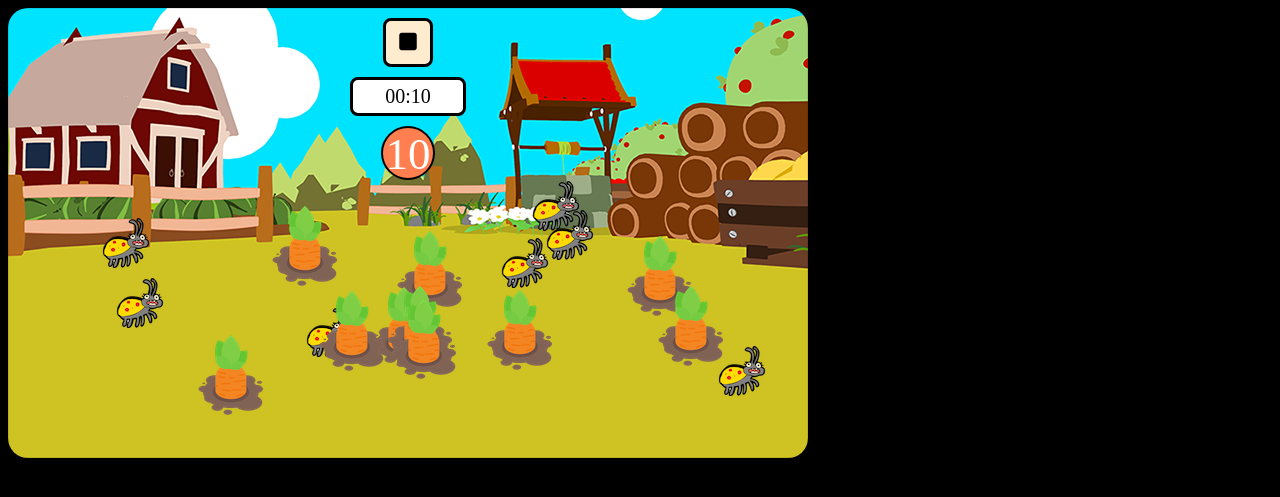
Repository: rladpwl0512/dreamcoding_browser101
Page: (7) catch-carrot-game/catch carrot/index.html
These files come from the project's save history. The page is drawn as it stood at one moment and after the next save; the edit follows.
The browser window is 1280 px wide. The pictures show the whole page.
After loading, the first visible `button.btn_play` was clicked once.
Some web libraries are served in a nearby version.

Above is the page before, as saved 2021-10-07 21:34:06.

### (7) catch-carrot-game/catch carrot/index.html
<!DOCTYPE html>
<html lang="en">
<head>
  <meta charset="UTF-8">
  <meta http-equiv="X-UA-Compatible" content="IE=edge">
  <meta name="viewport" content="width=device-width, initial-scale=1.0">
  <link rel="stylesheet" href="./style.css">
  <script src="./main.js" defer></script>
  <script src="https://kit.fontawesome.com/d1f0f5669b.js" crossorigin="anonymous"></script>
  <title>🥕catch carrot</title>
</head>
<body>
  <div class="background">
    <div class="top">
      <button class="btn_play">
        <i class="fas fa-play"></i>
        <!-- <i class="fas fa-pause"></i> -->
        <span class="blind">start button</span>
      </button>
      <div class="clock">00:00</div>
      <div class="count">10</div>
    </div>
    <div class="bottom">
      <div class="carrot_bug">
        <!--벌레 7개-->
        <img class="bug" src="./img/bug.png" alt="bug">
        <img class="bug" src="./img/bug.png" alt="bug">
        <img class="bug" src="./img/bug.png" alt="bug">
        <img class="bug" src="./img/bug.png" alt="bug">
        <img class="bug" src="./img/bug.png" alt="bug">
        <img class="bug" src="./img/bug.png" alt="bug">
        <img class="bug" src="./img/bug.png" alt="bug">
        <!--당근 10개-->
        <img class="carrot" src="./img/carrot.png" alt="bug">
        <img class="carrot" src="./img/carrot.png" alt="bug">
        <img class="carrot" src="./img/carrot.png" alt="bug">
        <img class="carrot" src="./img/carrot.png" alt="bug">
        <img class="carrot" src="./img/carrot.png" alt="bug">
        <img class="carrot" src="./img/carrot.png" alt="bug">
        <img class="carrot" src="./img/carrot.png" alt="bug">
        <img class="carrot" src="./img/carrot.png" alt="bug">
        <img class="carrot" src="./img/carrot.png" alt="bug">
        <img class="carrot" src="./img/carrot.png" alt="bug">
      </div>
      <div class="alert">
        <button class="btn_replay">
          <i class="fas fa-redo-alt"></i>
        </button>
        <div class="message">YOU LOST💩</div>
      </div>
    </div>
  </div>
</body>
</html>

### (7) catch-carrot-game/catch carrot/style.css
@charset "UTF-8";

body {
  background-color: black;
  text-align: center;
}

button {
  background: transparent;
  box-shadow: 0px 0px 0px transparent;
  border: 0px solid transparent;
  text-shadow: 0px 0px 0px transparent;
  cursor: pointer;
}

.background {
  box-sizing: border-box;
  background-image: url(./img/background.png);
  background-repeat: no-repeat;
  width: 800px;
  height: 450px;
  border-radius: 20px;
  padding-top: 10px;
}

.btn_play, .btn_replay {
  display: block;
  margin: 0px auto;
  padding: 10px 13px;
  font-size: 20px;
  border: 3px solid black;
  border-radius: 8px;
  background-color: blanchedalmond;
}

.clock {
  width: 100px;
  background-color: white;
  border: 3px solid black;
  border-radius: 8px;
  padding: 5px;
  margin: 0 auto;
  font-size: 20px;
  margin: 10px auto 0;
}

.count {
  width: 50px;
  height: 50px;
  font-size: 45px;
  color: white;
  background-color: coral;
  border: 2px solid black;
  border-radius: 50%;
  margin: 10px auto 0;
}

.blind {
  position: absolute;
  width: 1px;
  height: 1px;
  clip: rect(0 0 0 0);
  margin: -1px;
  overflow: hidden;
}

.bottom {
  position: relative;
  height: 287px;
}

.bug, .carrot {
  display: none;
  position: absolute;
  top: 0;
  left: 0;
}

.alert {
  display: none;
  box-sizing: border-box;
  background-color: rgba(0, 0, 0, 0.5);  /* 50% 불투명도 */
  width: 400px;
  height: 150px;
  margin: 0 auto;
  border-radius: 20px;
  transform: translateY(80px);
  padding-top: 20px;
}
.message {
  margin-top: 10px;
  font-size: 40px;
  color: white;
}

### (7) catch-carrot-game/catch carrot/main.js
const btn_play = document.querySelector('.btn_play');
const clock = document.querySelector('.clock');
const bugs = document.querySelectorAll('.bug');
const carrots = document.querySelectorAll('.carrot');
const count = document.querySelector('.count');
const alert = document.querySelector('.alert');
const message = document.querySelector('.message');
const btn_replay = document.querySelector('.btn_replay');

const carrotSound = new Audio();
carrotSound.src = "./sound/carrot_pull.mp3";
const bugSound  = new Audio();
bugSound.src = "./sound/bug_pull.mp3";
const bgSound = new Audio();
bgSound.src = "./sound/bg.mp3";
bgSound.volume = 0.5;
const winSound = new Audio();
winSound.src = "./sound/game_win.mp3";

let interval; //전역변수로 만들어줌! (핵심)

//게임 시작
function play() {
  //오디오 재생
  bgSound.currentTime=0; //처음부터 재생
  bgSound.play();

  //1. 중지버튼으로 변경
  btn_play.innerHTML=`
  <i class="fas fa-square"></i>
  <span class="blind">pause button</span>
  `;
  //2. 타이머 실행
  timer();
  //3. 카운터 실행(클릭 카운터)
  //4. 당근, 벌레 랜덤 배치
  random();
}

//타이머(count down)
let time = 11; //10초
function timer() {
    interval = setInterval(function() {
      time--;
      if(time === -1) {
        lost();
        stopTimer();
        return;
      }
      clock.innerHTML = `00:${time}`;
  }, 1000); //1초마다 실행
}

//timer 멈춤
function stopTimer() {
  clearInterval(interval);
}
//랜덤 배치
function random() {
  for(let bug of bugs) {
    let xNum = Math.floor(Math.random() * 720);
    let yNum = Math.floor(Math.random() * 170);
    bug.style.display = "block";
    bug.style.transform = `translate(${xNum}px, ${yNum}px)`;
  }
  for(let carrot of carrots) {
    xNum = Math.floor(Math.random() * 720);
    yNum = Math.floor(Math.random() * 170);
    carrot.style.display = "block";
    carrot.style.transform = `translate(${xNum}px, ${yNum}px)`;
  }
}

function lost() {
  bgSound.pause();
  bugSound.play();
  alert.style.display = "block";
  btn_play.style.visibility = "hidden";
}

function win() {
  bgSound.pause();
  winSound.play();
  message.innerHTML = "YOU WON🎉"
  alert.style.display = "block"; //you won
  btn_play.style.visibility = "hidden";
}

//play button이 클릭 되었을 때
btn_play.addEventListener('click', () => {
  play();
});

//당근이 클릭되었을 때
let cnt = 10; //당근 갯수
for(let carrot of carrots) {
  carrot.addEventListener('click', () => {
    carrot.style.display = "none"; //당근 사라지게 함
    cnt--;//counter 횟수 줄어듦
    count.innerHTML = cnt;
    carrotSound.play();

    if(time>=0 && cnt===0) {
      win();
      stopTimer();
    }
});

//벌레가 클릭되었을 때
for(let bug of bugs) {
  bug.addEventListener('click', () => {
    //you lost
    lost();
    stopTimer();
  })
}
}

//replay
btn_replay.addEventListener('click', () => {
  alert.style.visibility = 'hidden';
  btn_play.style.visibility = "visible";
  cnt=10;
  count.innerHTML=cnt;
  time=11;

  play();
})

After the next save:
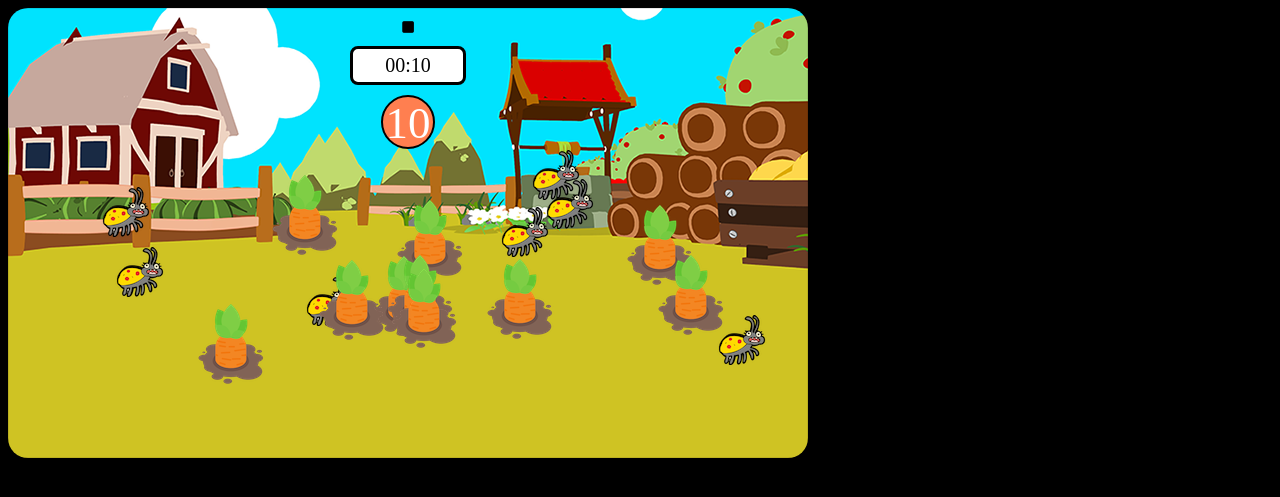
Saved 79 s later.
--- a/(7) catch-carrot-game/catch carrot/main.js
+++ b/(7) catch-carrot-game/catch carrot/main.js
@@ -88,6 +88,7 @@ function win() {
 
 //play button이 클릭 되었을 때
 btn_play.addEventListener('click', () => {
+  btn_play.className = "btn_pause";
   play();
 });
 

After the save that followed:
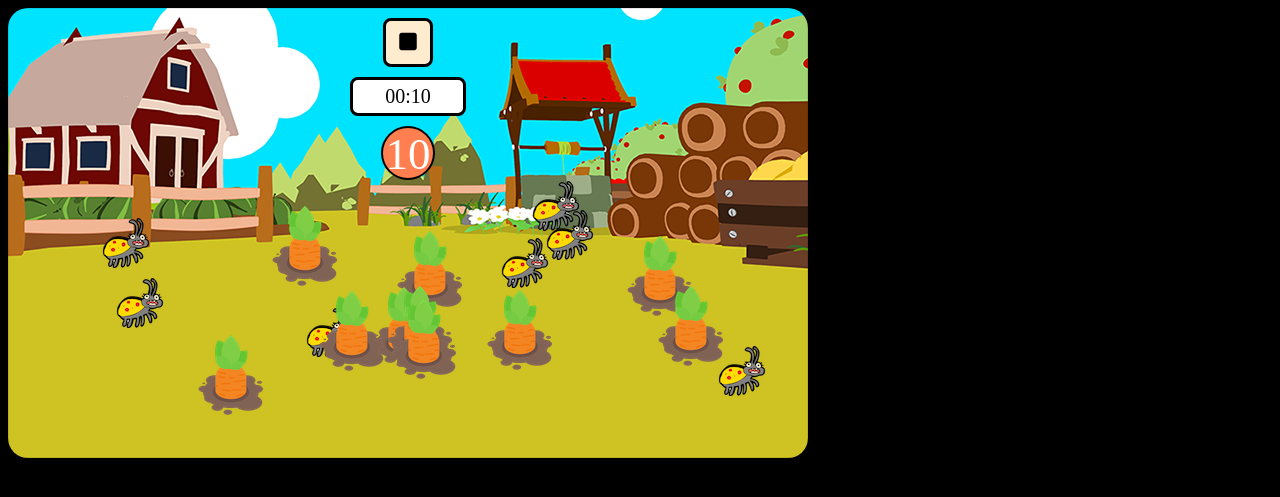
Saved 17 s later.
--- a/(7) catch-carrot-game/catch carrot/style.css
+++ b/(7) catch-carrot-game/catch carrot/style.css
@@ -23,7 +23,7 @@ button {
   padding-top: 10px;
 }
 
-.btn_play, .btn_replay {
+.btn_play, .btn_replay, .btn_pause {
   display: block;
   margin: 0px auto;
   padding: 10px 13px;
